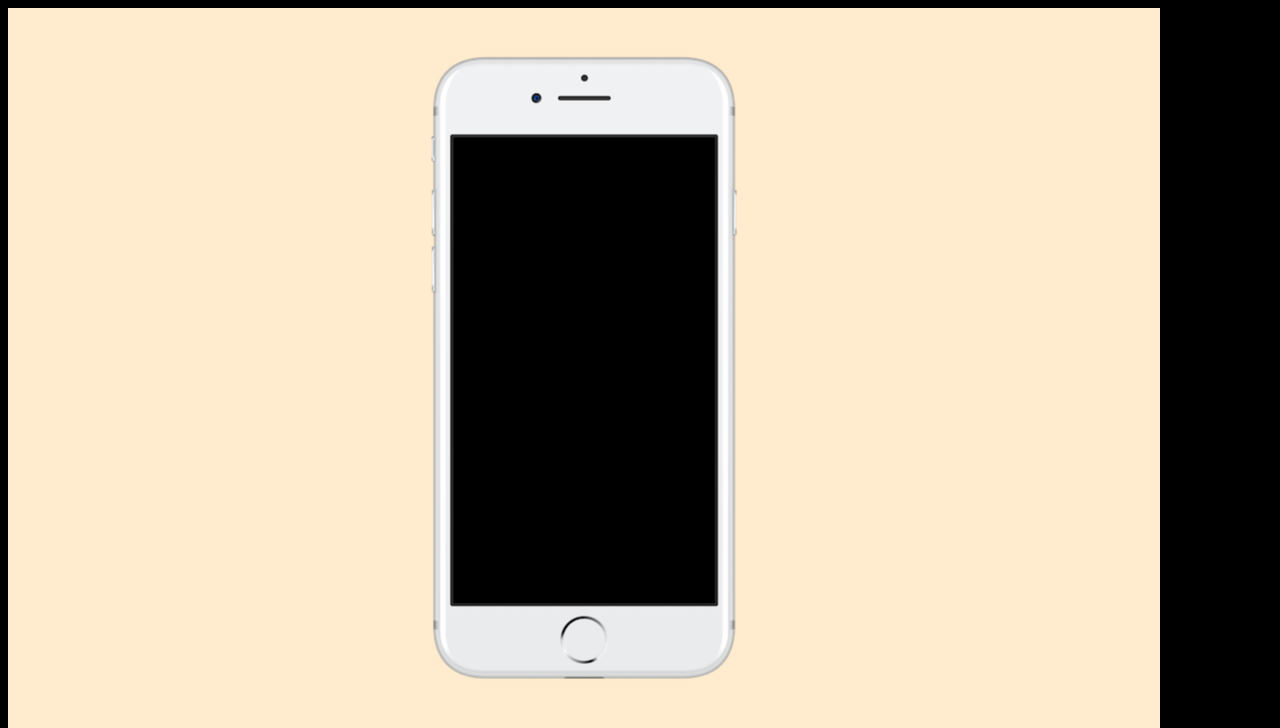
Repository: DorivalJunior14/Projeto-social
Page: index.html
An editor plug-in stored every save of this project. The page is shown before and after a run of saves, followed by the edit.
The browser window is 1280 px wide. The pictures show the whole page.

Above is the page before, as saved 2022-06-24 14:04:30.

### index.html
<!DOCTYPE html>
<html lang="pt-br">
<head>
    <meta charset="UTF-8">
    <meta http-equiv="X-UA-Compatible" content="IE=edge">
    <meta name="viewport" content="width=device-width, initial-scale=1.0">
    <link rel="shortcut icon" href="favicon.ico" type="image/x-icon">
    <link rel="stylesheet" href="estilos/style.css">
    <title>Projeto redes sociais</title>

</head>
<body>
  <main>
    <section id="telefone">
    </section>
    <section id="redes-sociais">
    </section>
  </main>
</body>
</html>

### estilos/style.css
@charset "UTF-8"

*{
    margin: 0px;
    padding: 0px;
    font-family: Arial, Helvetica, sans-serif;
}

html, body {
    height: 80vh;
    width: 90vw;
    background-color: black;

}

main {
    position: relative;
    height: 100vh;
    background-color: blanchedalmond;
}

section#telefone {
    position: absolute;
    top: 50%;
    left: 50%;
    transform: translate(-50%,-50%);
    height: 627px;
    width: 311px;
    background-color: blue;
    background: url('../imagens/frame-iphone.png');
    transform: translate(-50%,-50%);


}

After the next 2 saves:
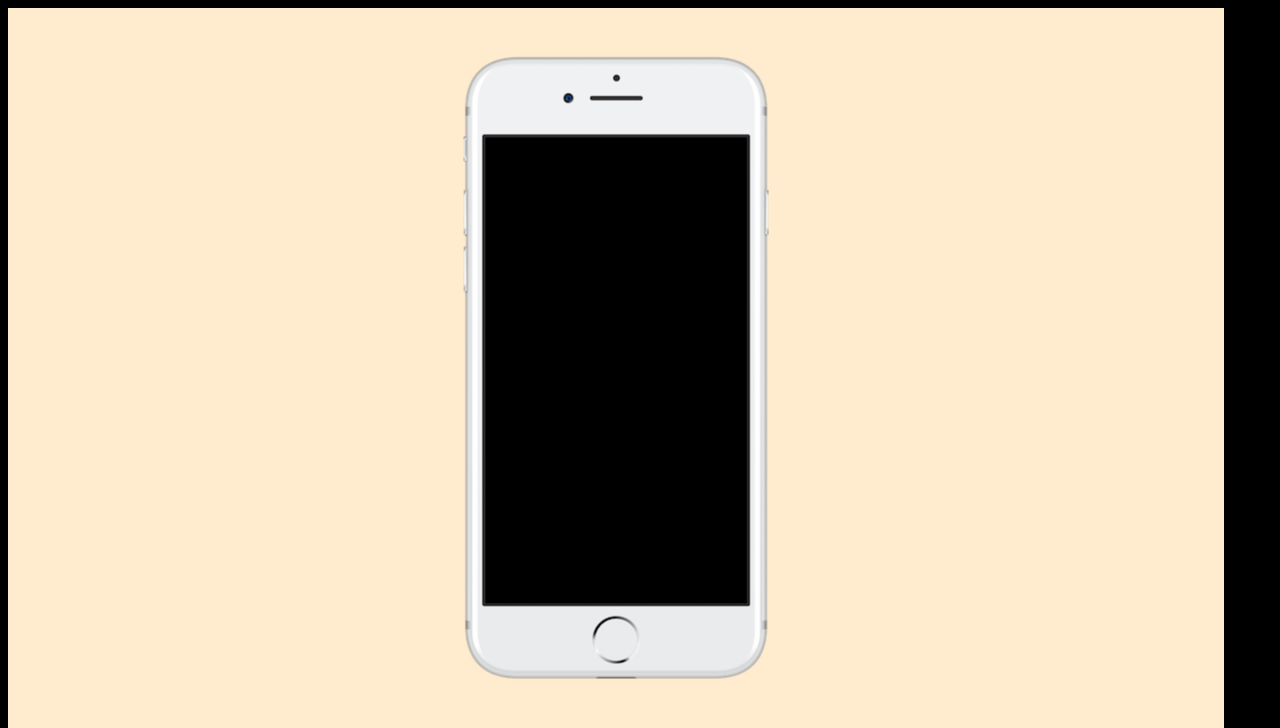
The 2 saves are shown as one change because they came seconds apart.
The last was saved 16 s later.
--- a/estilos/style.css
+++ b/estilos/style.css
@@ -8,7 +8,7 @@
 
 html, body {
     height: 80vh;
-    width: 90vw;
+    width: 95vw;
     background-color: black;
 
 }
